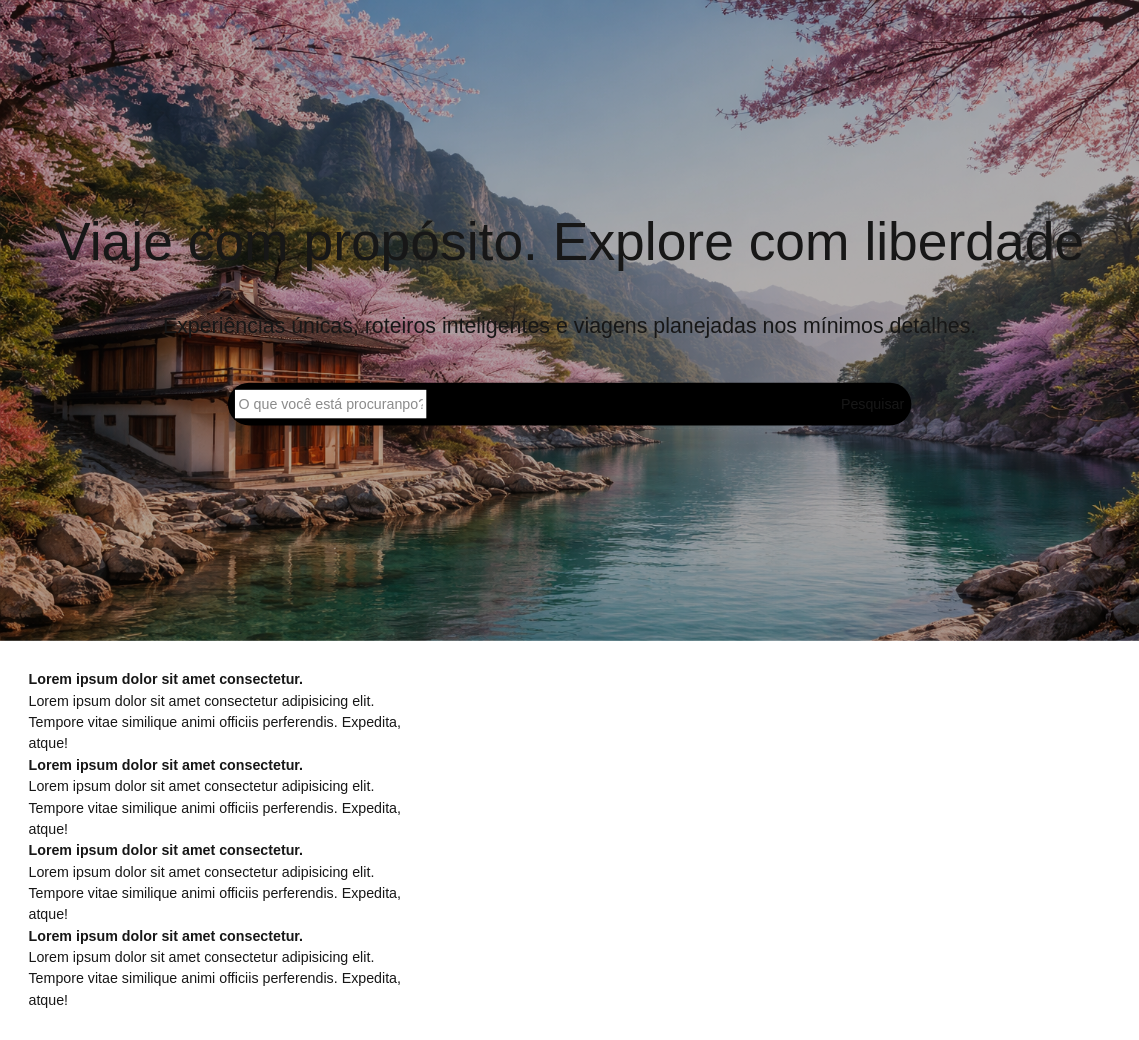
Repository: pedroantoniosi/tripicon-site
Page: /home
The author's editor kept a copy of each file at every save. The page is drawn from the files as they stood at one save, then again after the next save.
The browser window is 1280 px wide. The pictures show the whole page, at 89% of full size.
The project was rebuilt for these pictures with package versions that can differ from the ones it lists, and the page was loaded fresh each time. The framework's server and built-in components were replaced by stand-ins that run in the browser. Also part of the build but not shown: next.config.ts.

Above is the page before, as saved 2026-04-01 11:11:42.

After the next save:
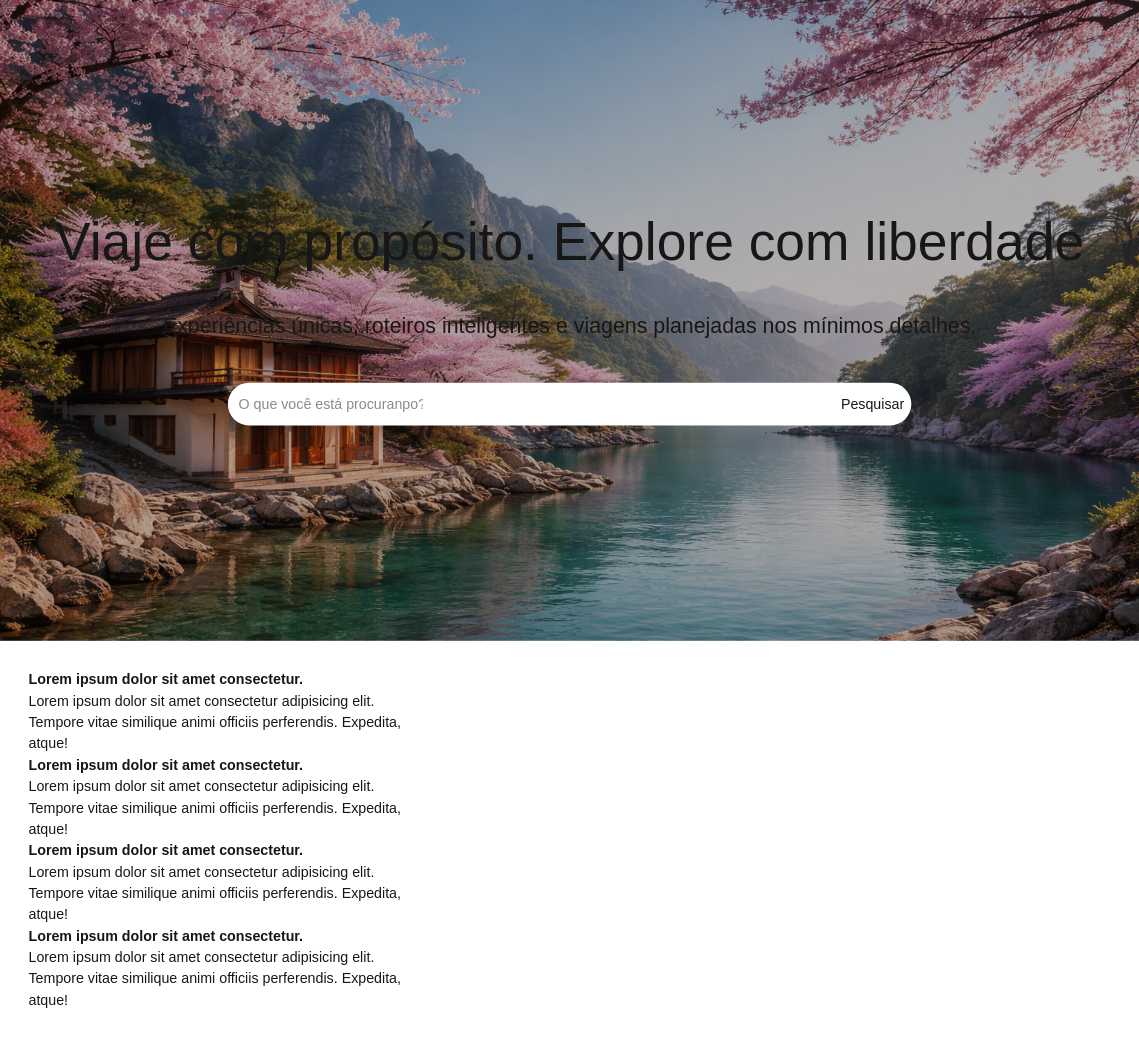
Saved 19 s later.
--- a/src/components/searchbar/searchbar.tsx
+++ b/src/components/searchbar/searchbar.tsx
@@ -1,9 +1,9 @@
 export default function searchbar() {
   return (
     <>
-      <div className="p-[.5rem] bg-black rounded-full flex justify-between m-auto max-w-[768px]">
+      <div className="p-[.5rem] bg-white rounded-full flex justify-between m-auto max-w-[768px]">
         <input
-          className="bg-white p-1"
+          className="p-1 color-black"
           type="text"
           placeholder="O que você está procuranpo?"
         />
